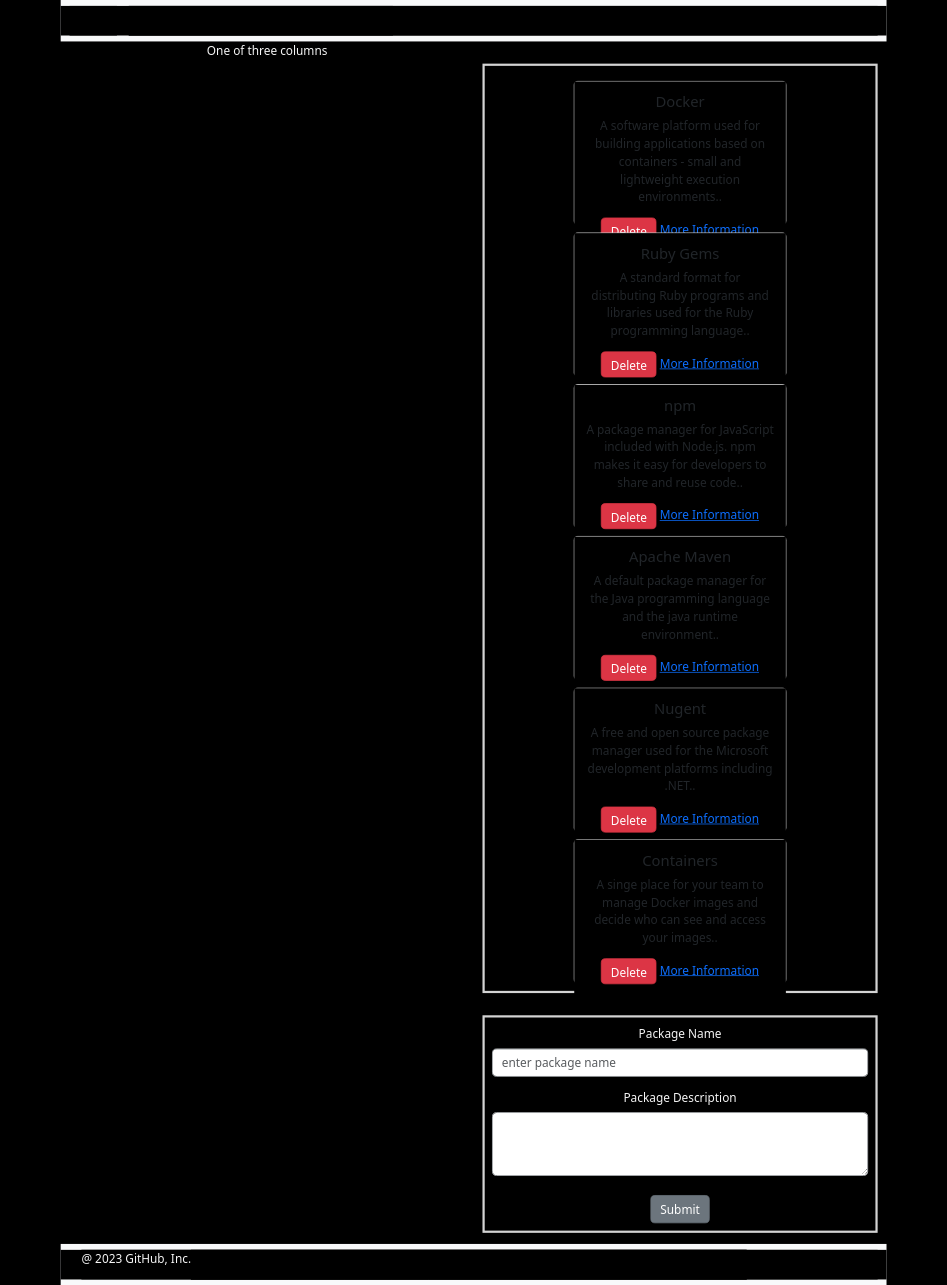
Repository: nss-evening-cohort-E23/gitsub-pull-request-posse
Page: packages.html
These files come from the project's save history. The page is drawn as it stood at one moment and after the next save; the edit follows.
The browser window is 1280 px wide. The pictures show the whole page, at 74% of full size.

Above is the page before, as saved 2023-05-09 19:50:18.

### packages.html
<!DOCTYPE html>
<html lang="en">
<head>
  <meta charset="UTF-8">
  <meta http-equiv="X-UA-Compatible" content="IE=edge">
  <meta name="viewport" content="width=device-width, initial-scale=1.0">
  <link href="https://cdn.jsdelivr.net/npm/bootstrap@5.3.0-alpha3/dist/css/bootstrap.min.css" rel="stylesheet" integrity="sha384-KK94CHFLLe+nY2dmCWGMq91rCGa5gtU4mk92HdvYe+M/SXH301p5ILy+dN9+nJOZ" crossorigin="anonymous">
  <link rel="stylesheet" href="packages.css">
  <title>Packages</title>
</head>
<body>
  <div class="container" id="master">
    <div id="navigate">
      <nav class="navbar navbar-expand-lg bg-body-tertiary">
        <div class="container-fluid">
          <a class="navbar-brand" href="#">Github</a>
          <button class="navbar-toggler" type="button" data-bs-toggle="collapse" data-bs-target="#navbarNavAltMarkup" aria-controls="navbarNavAltMarkup" aria-expanded="false" aria-label="Toggle navigation">
            <span class="navbar-toggler-icon"></span>
          </button>
          <div class="collapse navbar-collapse" id="navbarNavAltMarkup">
            <div class="navbar-nav">
              <a class="nav-link active" aria-current="page" href="#">Overview</a>
              <a class="nav-link" href="#">Repositories</a>
              <a class="nav-link" href="#">Projects</a>
              <a class="nav-link" href="#">Packages</a>
            </div>
          </div>
        </div>
      </nav>
    </div>
   <div class="container text-center">
    <div class="row align-items-start">
    <!-- 2 columns | first column for static bio -->
    <div class="col" id="bio">
      One of three columns

    </div>
    <div class="col">
      <!-- <h2><b><u>Packages</u></b></h2> -->
      <div id="packages"></div>
      <form class="form">
      <div id="newPackage">
      <div class="mb-3">
        <label for="exampleFormControlInput1" class="form-label">Package Name</label>
        <input type="text" class="form-control" id="name" placeholder="enter package name">
      </div>
      <div class="mb-3">
        <label for="exampleFormControlTextarea1" class="form-label">Package Description</label>
        <textarea class="form-control" id="description" rows="3"></textarea>
      </div>
      <button type="submit" class="btn btn-secondary" id="submit">Submit</button>
    </div>
  </form>
  </div>
  </div>
</div>
<!-- Footer -->

<div class="footer">
<nav class="navbar navbar-expand-lg bg-body-tertiary">
  <div class="container-fluid">
    <a class="navbar-brand" href="#"></a>
    <button class="navbar-toggler" type="button" data-bs-toggle="collapse" data-bs-target="#navbarNav" aria-controls="navbarNav" aria-expanded="false" aria-label="Toggle navigation">
      <span class="navbar-toggler-icon"></span>
    </button>
    <div class="collapse navbar-collapse" id="footer">
      <p>@ 2023 GitHub, Inc.</p>
      <div id="ftr-links">
      <ul class="navbar-nav">
        <li class="nav-item">
          <a class="nav-link active" aria-current="page" href="#">Terms</a>
        </li>
        <li class="nav-item">
          <a class="nav-link" href="#">Privacy</a>
        </li>
        <li class="nav-item">
          <a class="nav-link" href="#">Security</a>
        </li>
        <li class="nav-item">
          <a class="nav-link" href="#">Status</a>
        </li>
        <li class="nav-item">
          <a class="nav-link" href="#">Help</a>
        </li>
      </ul>

      <ul class="navbar-nav">
        <li class="nav-item">
          <a class="nav-link" href="#">Contact GitHub</a>
        </li>
        <li class="nav-item">
          <a class="nav-link" href="#">Pricing</a>
        </li>
        <li class="nav-item">
          <a class="nav-link" href="#">API</a>
        </li>
        <li class="nav-item">
          <a class="nav-link" href="#">Training</a>
        </li>
        <li class="nav-item">
          <a class="nav-link" href="#">Blog</a>
        </li>
        <li class="nav-item">
          <a class="nav-link" href="#">About</a>
        </li>
      </ul>
    </div>
  </div>
</nav>
</div>
</div>
</div>
</div>
  <script src="main.js"></script>
  <script src="https://cdn.jsdelivr.net/npm/bootstrap@5.3.0-alpha3/dist/js/bootstrap.bundle.min.js" integrity="sha384-ENjdO4Dr2bkBIFxQpeoTz1HIcje39Wm4jDKdf19U8gI4ddQ3GYNS7NTKfAdVQSZe" crossorigin="anonymous"></script>
</body>
</html>

### packages.css
* {
  background-color: black;

}
body {
  background-color: black;
  color: lightgray;
  flex: auto;
}

#master {
  display: flex;
  flex-direction: column;
  height: 100vh;
  background-color: black;
  color: whitesmoke;
}

#navigate {
  flex: none;


}

.footer {
  margin-top: auto;
  justify-content: space-around;

}

#ftr-links {
  display: flex;
  flex-direction: row;
  justify-content: space-between;

}

#packages {
  display: flex;
  flex-direction: row;
  flex-wrap: wrap;
  justify-content: space-around;
  margin: 0 auto;
  width: 100%;
  border: 3px solid lightgray;
  padding: 10px;
  margin-top: 30px;

}

.card {
 height: 195px;
 margin-top: 10px;
}

#newPackage {
  border: 3px solid lightgray;
  margin-top: 30px;
  margin-bottom: 15px;
  padding: 10px;
}

#submit {
  margin-top: 10px;
}

#delete {
  margin: auto;
  width: 75px;
  height: 35px;
}

#card-footer {
  margin-top: auto;
  justify-content: space-around;
}

### main.js

const renderToDom = (divId, htmltoRender) => {
  let targetedDiv = document.getElementById(divId);
  targetedDiv.innerHTML = htmltoRender;
};

const reposCardsOnDom = () => {
  let domString = "";
  domString += `

  `;
};

// packages array
const packages = [
  {
    id: 1,
    name: 'Docker',
    description: 'A software platform used for building applications based on containers - small and lightweight execution environments.',

  },

  {
    id: 2,
    name: 'Ruby Gems',
    description: 'A standard format for distributing Ruby programs and libraries used for the  Ruby programming language.',

  },

  {
    id: 3,
    name: 'npm',
    description: 'A package manager for JavaScript included with Node.js. npm makes it easy for developers to share and reuse code.',

  },

  {
    id: 4,
    name: 'Apache Maven',
    description: 'A default package manager for the Java programming language and the java runtime environment.',

  },

  {
    id: 5,
    name: 'Nugent',
    description: 'A free and open source package manager used for the Microsoft development platforms including .NET.',

  },

  {
    id: 6,
    name: 'Containers',
    description: 'A singe place for your team to manage Docker images and decide who can see and access your images.',
  },
]

// packages
const packagesOnDom = (array) => {
  let domString = "";

// package cards
for (const package of array) {
  domString += `<div class="card" style="width: 18rem;" id="pkgs">
  <div class="card-body">
    <h5 class="card-title">${package.name}</h5>
    <p class="card-text">${package.description}.</p>
   <div class="footer"><button class="btn btn-danger" id="delete">Delete</button>
    <a href="#" class="card-link">More Information</a>
    </div>
  </div>
</div>`
}
renderToDom("packages", domString);

}
packagesOnDom(packages);

const startApp = () => {
  packagesOnDom(packages);
}

const form = document.querySelector('.form');

const createNewPackage = (e) => {
  e.preventDefault();

  const newPackage = {
    id: packages.length + 1,
    name: document.querySelector('#name').value,
    description: document.querySelector('#description').value,
  }

  packages.push(newPackage);
  packagesOnDom(packages);
  form.reset();
}

form.addEventListener('submit', createNewPackage);

startApp();

After the next save:
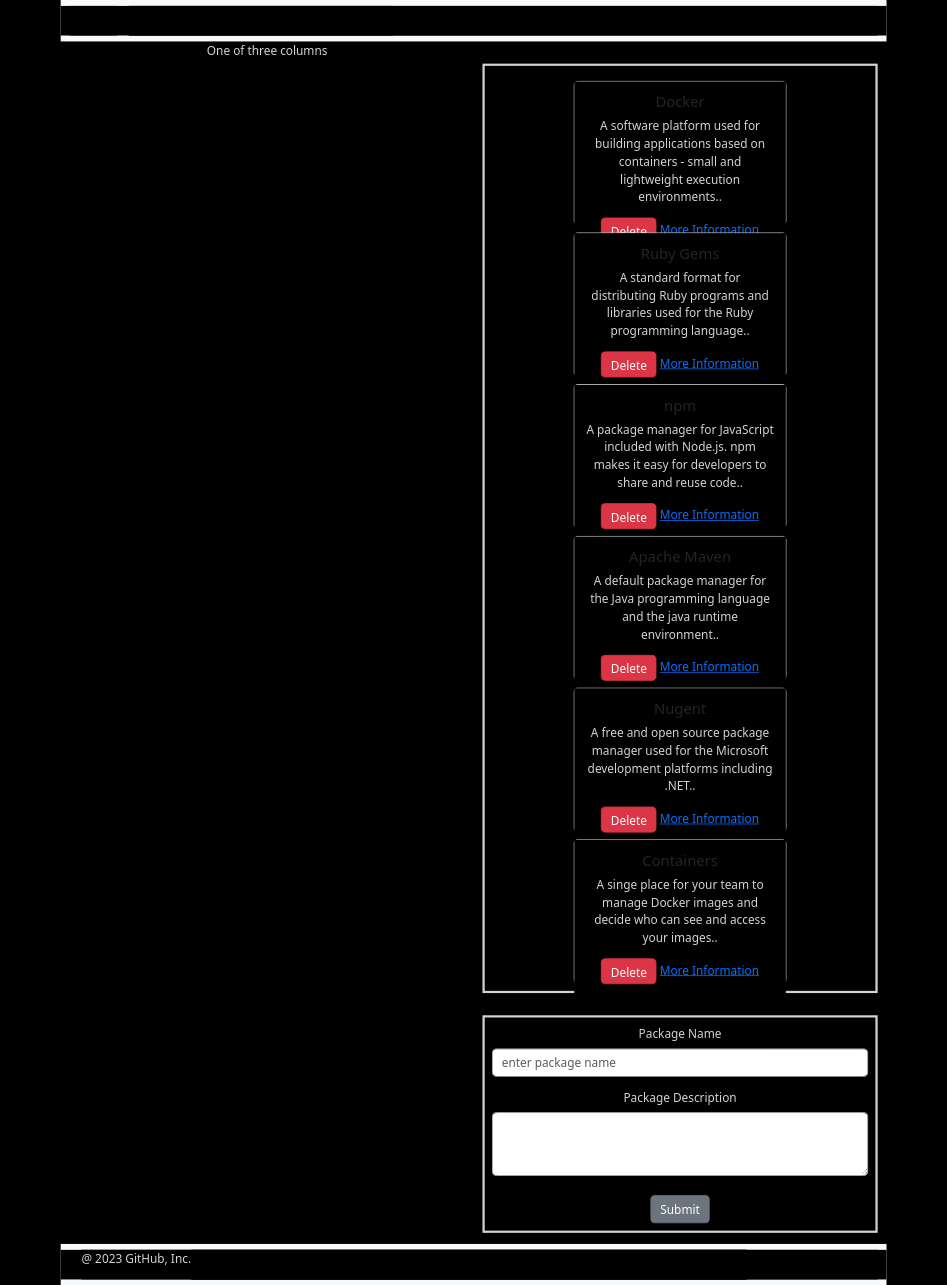
Saved 4 s later.
--- a/packages.css
+++ b/packages.css
@@ -1,6 +1,6 @@
 * {
   background-color: black;
-
+  color: lightgray;
 }
 body {
   background-color: black;

After the 2 saves that followed:
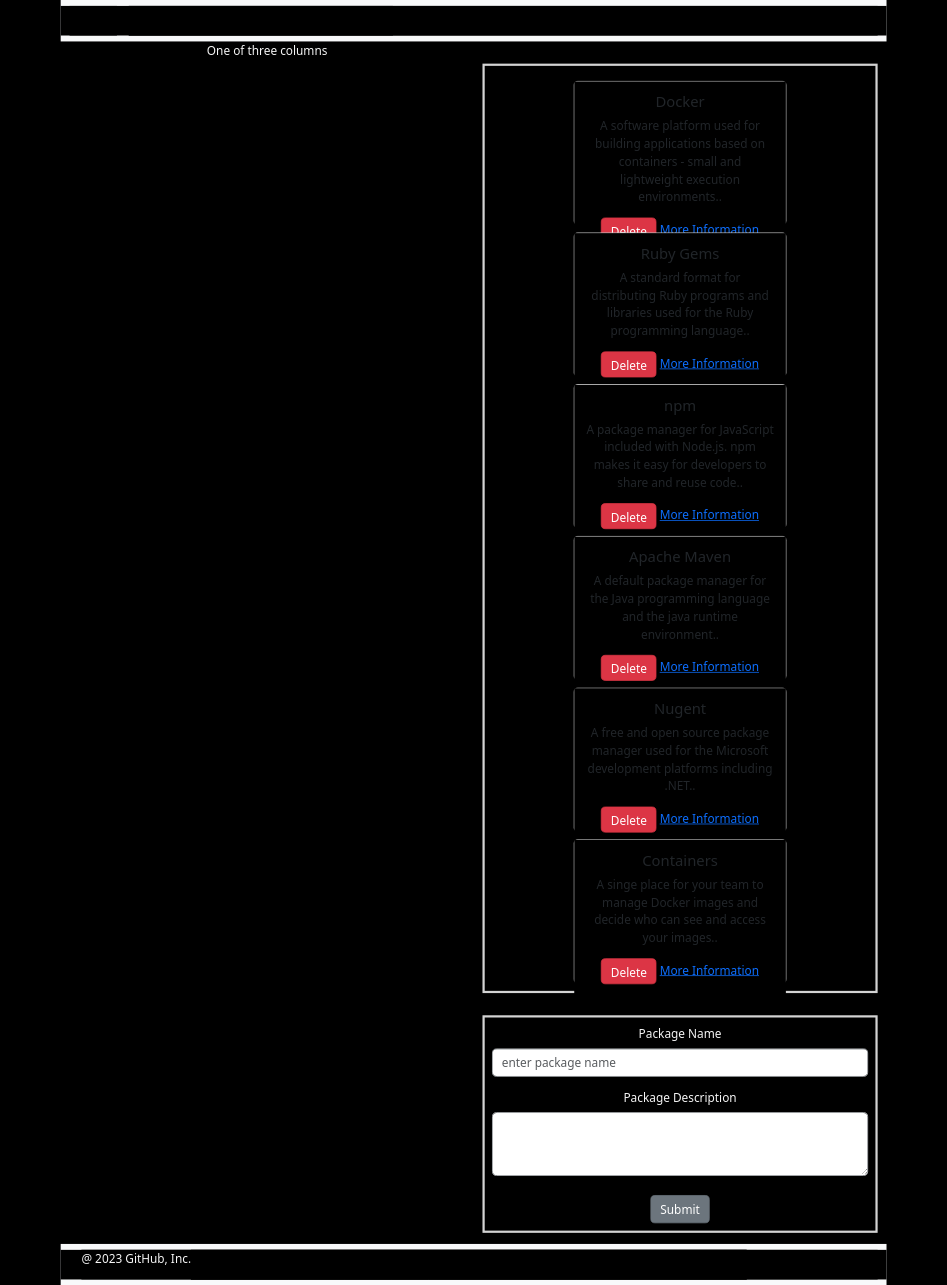
The 2 saves are shown as one change because they came seconds apart.
The last was saved 13 s later.
--- a/packages.css
+++ b/packages.css
@@ -1,6 +1,6 @@
 * {
   background-color: black;
-  color: lightgray;
+  color: smoke;
 }
 body {
   background-color: black;
